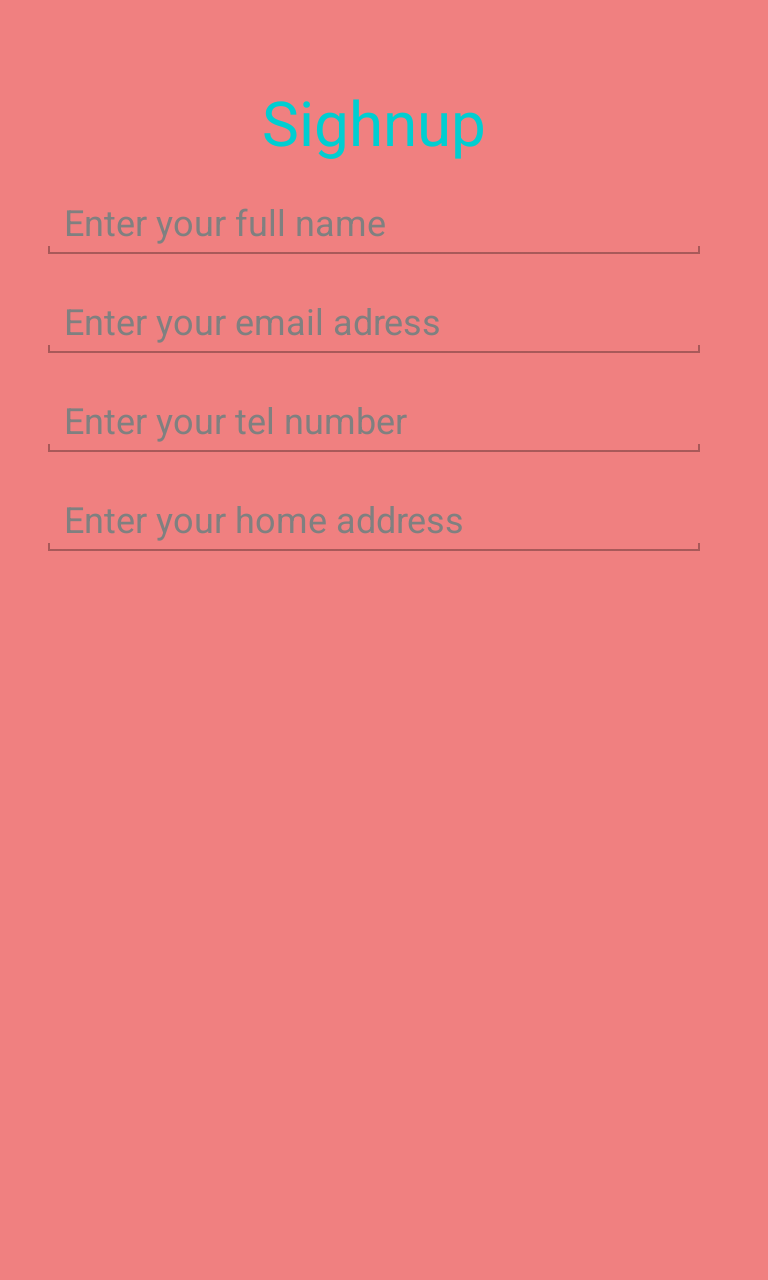
Repository: njiiriJohnii/Android-projects
Layout: MySimpleCalc/res/layout/joinus.xml
These files come from the project's save history. The layout is drawn as it stood at one moment and after the next save; the edit follows.
It is drawn on a 768 x 1280 px phone screen (xhdpi) without system bars, with theme AppTheme; the app's code is not run.

Above is the layout before, as saved 2014-05-30 11:50:42.

After the next save:
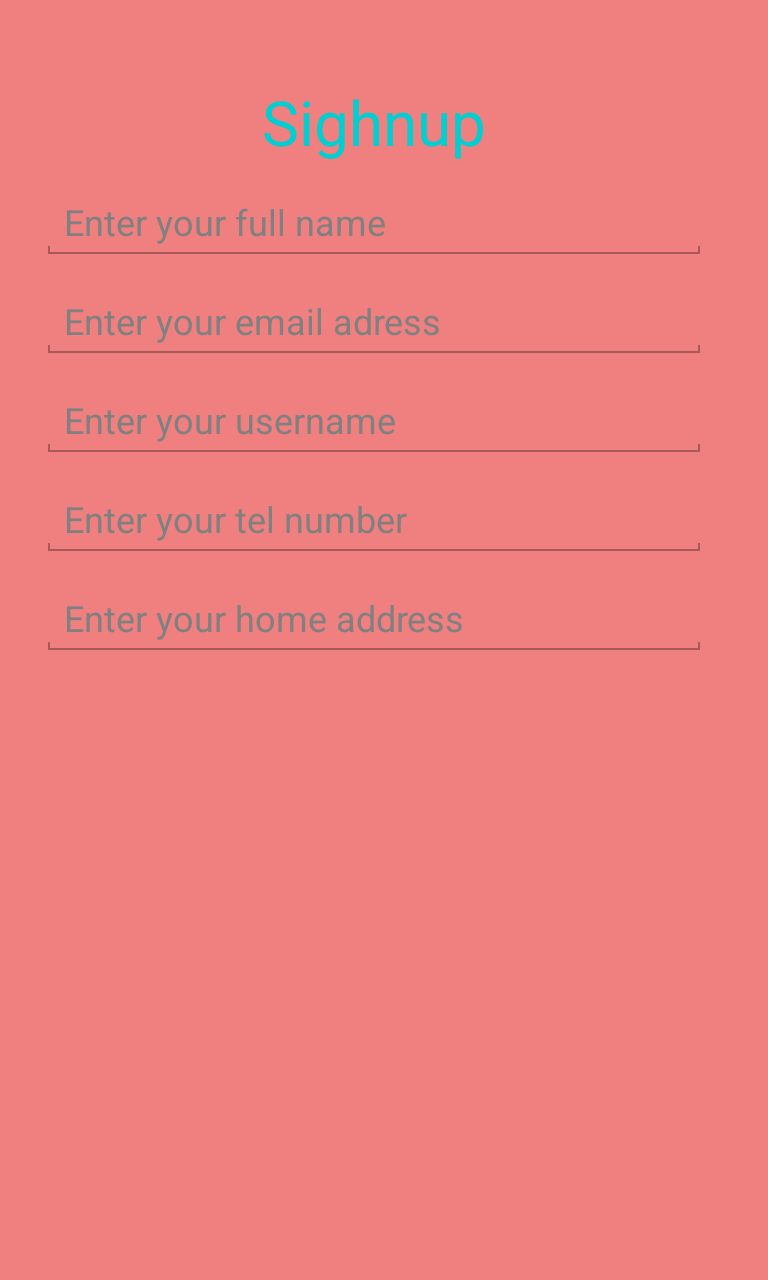
Saved 54 s later.
--- a/MySimpleCalc/res/layout/joinus.xml
+++ b/MySimpleCalc/res/layout/joinus.xml
@@ -39,6 +39,17 @@
 
 
         />
+         <EditText
+    android:layout_width="fill_parent"
+    android:layout_height="wrap_content"
+    android:layout_marginTop="10dp"
+    android:hint="Enter your username"
+    android:inputType="number"
+    android:maxLength="10"
+    android:layout_marginLeft="20dp"
+    android:layout_marginRight="30dp"
+
+        />
       <EditText
     android:layout_width="fill_parent"
     android:layout_height="wrap_content"
